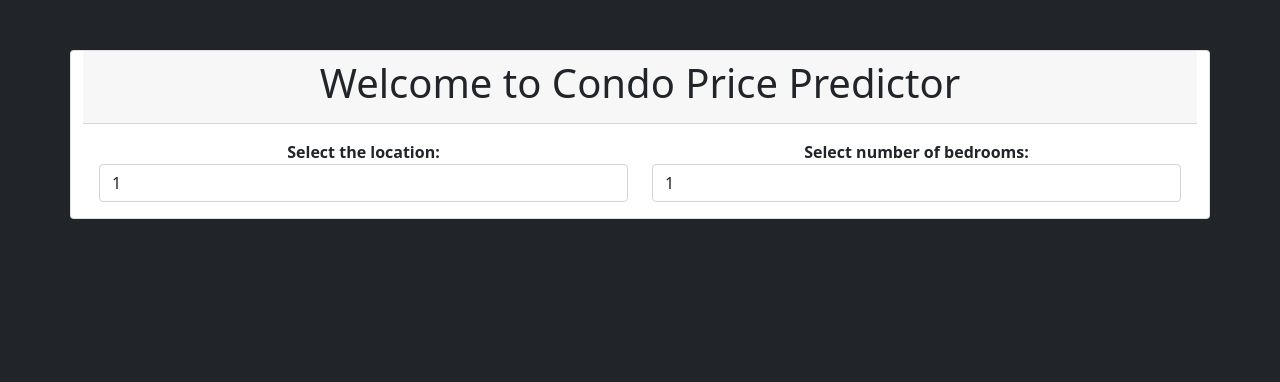
Repository: myothida/condoprice_CNX
Page: http://localhost/
The author's editor kept a copy of each file at every save. The page is drawn from the files as they stood at one save, then again after the next save.
The browser window is 1280 px wide. The pictures show the whole page.
The page is served by the project's application, run on Flask 3 (main.py).

Above is the page before, as saved 2023-09-26 21:51:34.

After the next save:
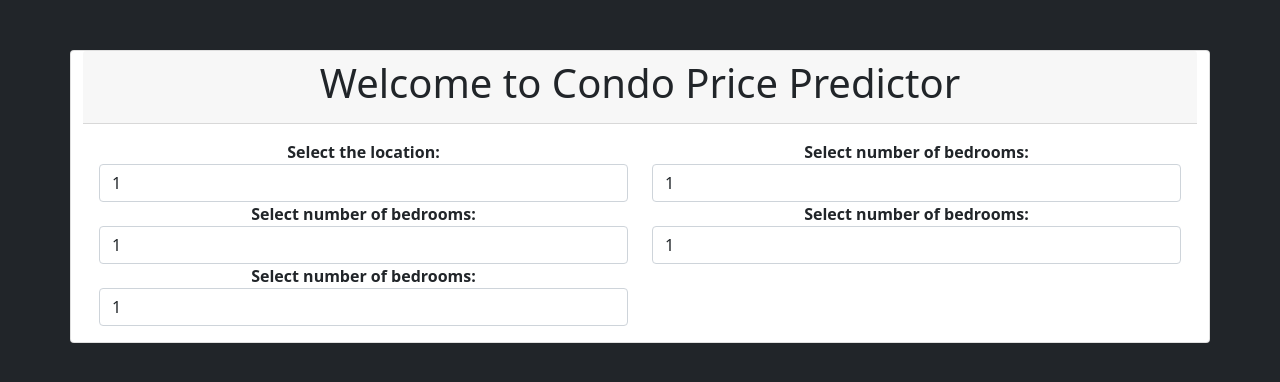
Saved 12 s later.
--- a/templates/index.html
+++ b/templates/index.html
@@ -54,6 +54,48 @@
                     <option>4</option>
                   </select>
                 </div>
+                <div class="col-md-6 form-group" style="text-align: center">
+                  <label><b> Select number of bedrooms: </b> </label>
+                  <select
+                    class="selectpicker form-control"
+                    id="bedrooms"
+                    name="bedrooms"
+                    require="1"
+                  >
+                    <option>1</option>
+                    <option>2</option>
+                    <option>3</option>
+                    <option>4</option>
+                  </select>
+                </div>
+                <div class="col-md-6 form-group" style="text-align: center">
+                  <label><b> Select number of bedrooms: </b> </label>
+                  <select
+                    class="selectpicker form-control"
+                    id="bedrooms"
+                    name="bedrooms"
+                    require="1"
+                  >
+                    <option>1</option>
+                    <option>2</option>
+                    <option>3</option>
+                    <option>4</option>
+                  </select>
+                </div>
+                <div class="col-md-6 form-group" style="text-align: center">
+                  <label><b> Select number of bedrooms: </b> </label>
+                  <select
+                    class="selectpicker form-control"
+                    id="bedrooms"
+                    name="bedrooms"
+                    require="1"
+                  >
+                    <option>1</option>
+                    <option>2</option>
+                    <option>3</option>
+                    <option>4</option>
+                  </select>
+                </div>
               </div>
             </form>
           </div>
